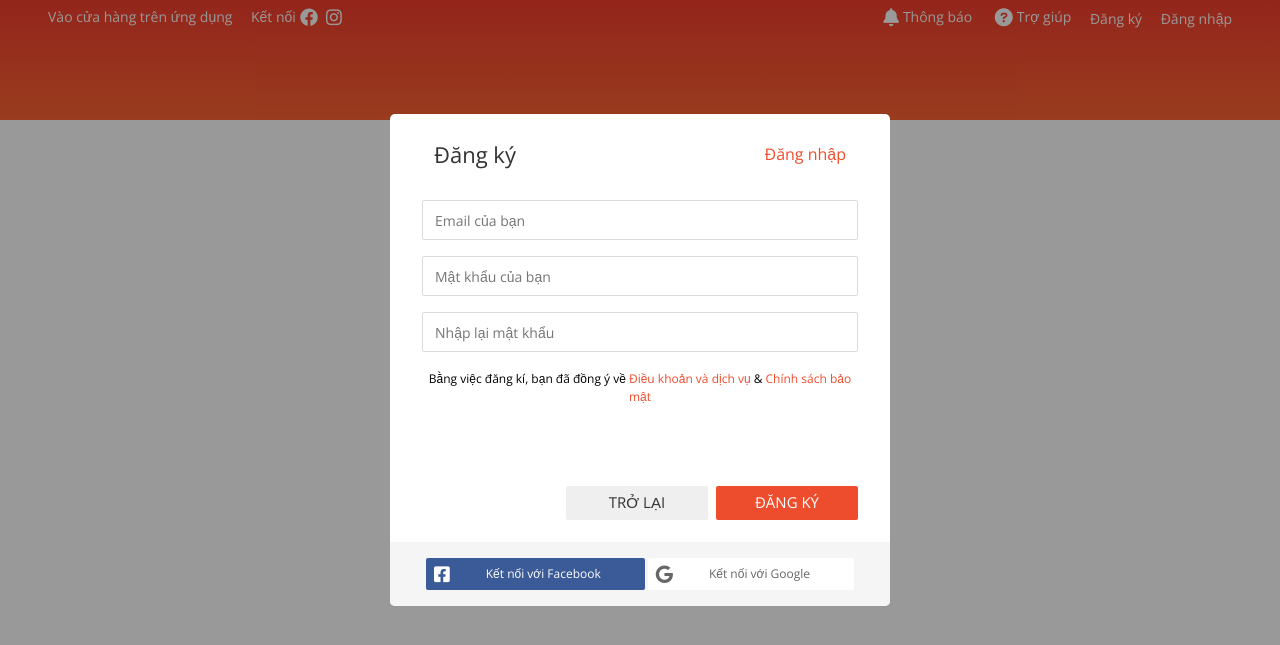
Repository: trongtamdev/Clone-Shopee-Page
Page: index.html
An editor plug-in stored every save of this project. The page is shown before and after the next save, followed by the edit.
The browser window is 1280 px wide. The pictures show the whole page.

Above is the page before, as saved 2022-07-09 14:26:30.

After the next save:
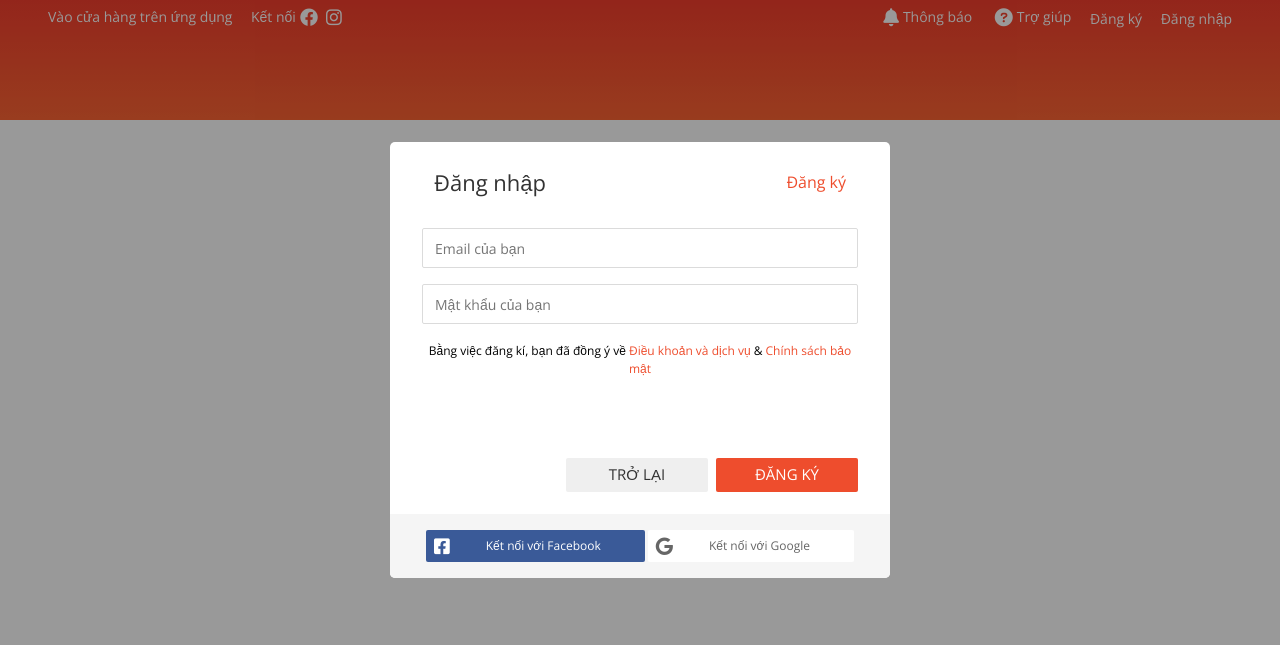
Saved 5 min 24 s later.
--- a/index.html
+++ b/index.html
@@ -77,58 +77,110 @@
         </div>
         <div class="modal__body">
 
-            <!-- Auth form -->
-            <div class="auth-form">
-                <div class="auth-form__container">
-                    <div class="auth-form__header">
-                        <h3 class="auth-form__heading">Đăng ký</h3>
-                        <span class="auth-form__switch-btn">Đăng nhập</span>
+        <!-- Register form -->
+        <!-- <div class="auth-form">
+            <div class="auth-form__container">
+                <div class="auth-form__header">
+                    <h3 class="auth-form__heading">Đăng ký</h3>
+                    <span class="auth-form__switch-btn">Đăng nhập</span>
+                </div>
+
+                <div class="auth-form__form">
+                    <div class="auth-form__group">
+                        <input type="text" class="auth-form__input" placeholder="Email của bạn">
                     </div>
 
-                    <div class="auth-form__form">
-                        <div class="auth-form__group">
-                            <input type="text" class="auth-form__input" placeholder="Email của bạn">
-                        </div>
-
-                        <div class="auth-form__group">
-                            <input type="password" class="auth-form__input" placeholder="Mật khẩu của bạn">
-                        </div>
-
-                        <div class="auth-form__group">
-                            <input type="password" class="auth-form__input" placeholder="Nhập lại mật khẩu">
-                        </div>
+                    <div class="auth-form__group">
+                        <input type="password" class="auth-form__input" placeholder="Mật khẩu của bạn">
                     </div>
 
-                    <div class="auth-form__aside">
-                        <p class="auth-form__policy-text">
-                            Bằng việc đăng kí, bạn đã đồng ý về
-                            <a href="" class="auth-form__text-link">Điều khoản và dịch vụ</a> &
-                            <a href="" class="auth-form__text-link">Chính sách bảo mật</a>
-                        </p>
-                    </div>
-
-                    <div class="auth-form__controls">
-                        <button class="btn btn--normal auth-form__controls-back">TRỞ LẠI</button>
-                        <button class="btn btn--primary">ĐĂNG KÝ</button>
+                    <div class="auth-form__group">
+                        <input type="password" class="auth-form__input" placeholder="Nhập lại mật khẩu">
                     </div>
                 </div>
 
-                <div class="auth-form__socials">
-                    <a href="" class="btn auth-form__socials--facebook btn--size-s btn--with-icon">
-                        <i class="auth-form__socials-icon fa-brands fa-facebook-square"></i>
-                        <span class="auth-form__socials-title">
-                            Kết nối với Facebook
-                        </span>
-                    </a>
+                <div class="auth-form__aside">
+                    <p class="auth-form__policy-text">
+                        Bằng việc đăng kí, bạn đã đồng ý về
+                        <a href="" class="auth-form__text-link">Điều khoản và dịch vụ</a> &
+                        <a href="" class="auth-form__text-link">Chính sách bảo mật</a>
+                    </p>
+                </div>
 
-                    <a href="" class="btn auth-form__socials--google btn--size-s btn--with-icon">
-                        <i class="auth-form__socials-icon fa-brands fa-google"></i>
-                        <span class="auth-form__socials-title">
-                        Kết nối với Google
-                        </span>
-                    </a>
+                <div class="auth-form__controls">
+                    <button class="btn btn--normal auth-form__controls-back">TRỞ LẠI</button>
+                    <button class="btn btn--primary">ĐĂNG KÝ</button>
                 </div>
             </div>
+
+            <div class="auth-form__socials">
+                <a href="" class="btn auth-form__socials--facebook btn--size-s btn--with-icon">
+                    <i class="auth-form__socials-icon fa-brands fa-facebook-square"></i>
+                    <span class="auth-form__socials-title">
+                        Kết nối với Facebook
+                    </span>
+                </a>
+
+                <a href="" class="btn auth-form__socials--google btn--size-s btn--with-icon">
+                    <i class="auth-form__socials-icon fa-brands fa-google"></i>
+                    <span class="auth-form__socials-title">
+                    Kết nối với Google
+                    </span>
+                </a>
+            </div>
+        </div> -->
+
+
+        <!-- Login form -->
+        <div class="auth-form">
+        <div class="auth-form__container">
+            <div class="auth-form__header">
+                <h3 class="auth-form__heading">Đăng nhập</h3>
+                <span class="auth-form__switch-btn">Đăng ký</span>
+            </div>
+
+            <div class="auth-form__form">
+                <div class="auth-form__group">
+                    <input type="text" class="auth-form__input" placeholder="Email của bạn">
+                </div>
+
+                <div class="auth-form__group">
+                    <input type="password" class="auth-form__input" placeholder="Mật khẩu của bạn">
+                </div>
+
+            </div>
+
+            <div class="auth-form__aside">
+                <p class="auth-form__policy-text">
+                    Bằng việc đăng kí, bạn đã đồng ý về
+                    <a href="" class="auth-form__text-link">Điều khoản và dịch vụ</a> &
+                    <a href="" class="auth-form__text-link">Chính sách bảo mật</a>
+                </p>
+            </div>
+
+            <div class="auth-form__controls">
+                <button class="btn btn--normal auth-form__controls-back">TRỞ LẠI</button>
+                <button class="btn btn--primary">ĐĂNG KÝ</button>
+            </div>
+        </div>
+
+        <div class="auth-form__socials">
+            <a href="" class="btn auth-form__socials--facebook btn--size-s btn--with-icon">
+                <i class="auth-form__socials-icon fa-brands fa-facebook-square"></i>
+                <span class="auth-form__socials-title">
+                    Kết nối với Facebook
+                </span>
+            </a>
+
+            <a href="" class="btn auth-form__socials--google btn--size-s btn--with-icon">
+                <i class="auth-form__socials-icon fa-brands fa-google"></i>
+                <span class="auth-form__socials-title">
+                Kết nối với Google
+                </span>
+            </a>
+        </div>
+    </div>
+
         </div>
     </div>
 <body>
